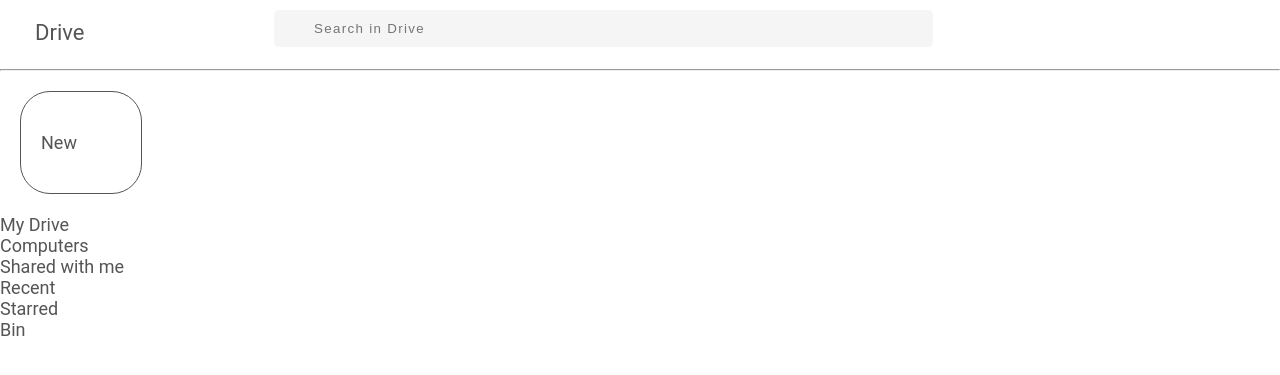
Repository: smit1298/driveclone
Page: index.html
These files come from the project's save history. The page is drawn as it stood at one moment and after a run of saves; the edit follows.
The browser window is 1280 px wide. The pictures show the whole page.
Some icons come from a web library that is not loaded, so they are not drawn.

Above is the page before, as saved 2022-02-14 03:01:51.

After the next 4 saves:
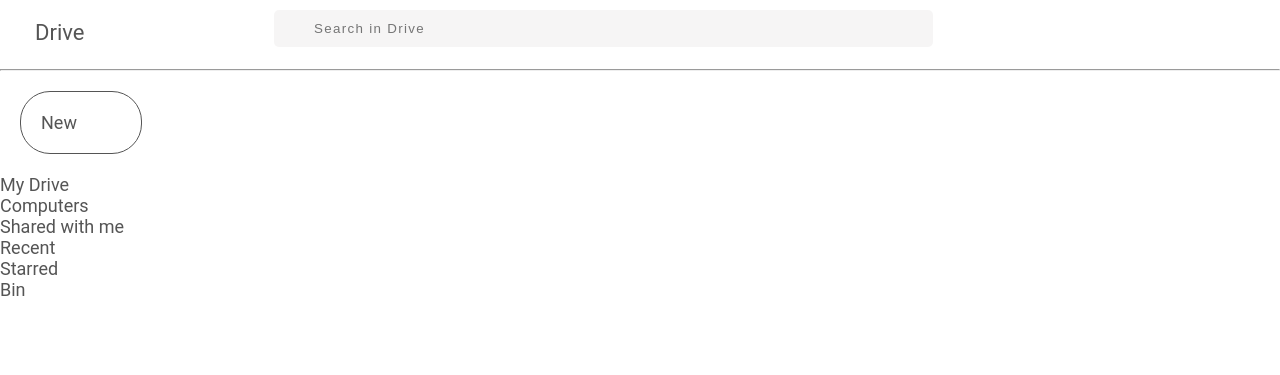
The 4 saves are shown as one change because they came seconds apart.
The last was saved 15 s later.
--- a/index.css
+++ b/index.css
@@ -96,7 +96,7 @@
 
 .new{
   width: 80px;
-  padding: 40px 20px;
+  padding: 20px 20px;
   margin: 20px 20px;
   border-radius: 30px;
   border: 1px solid rgb(85, 85, 85);
